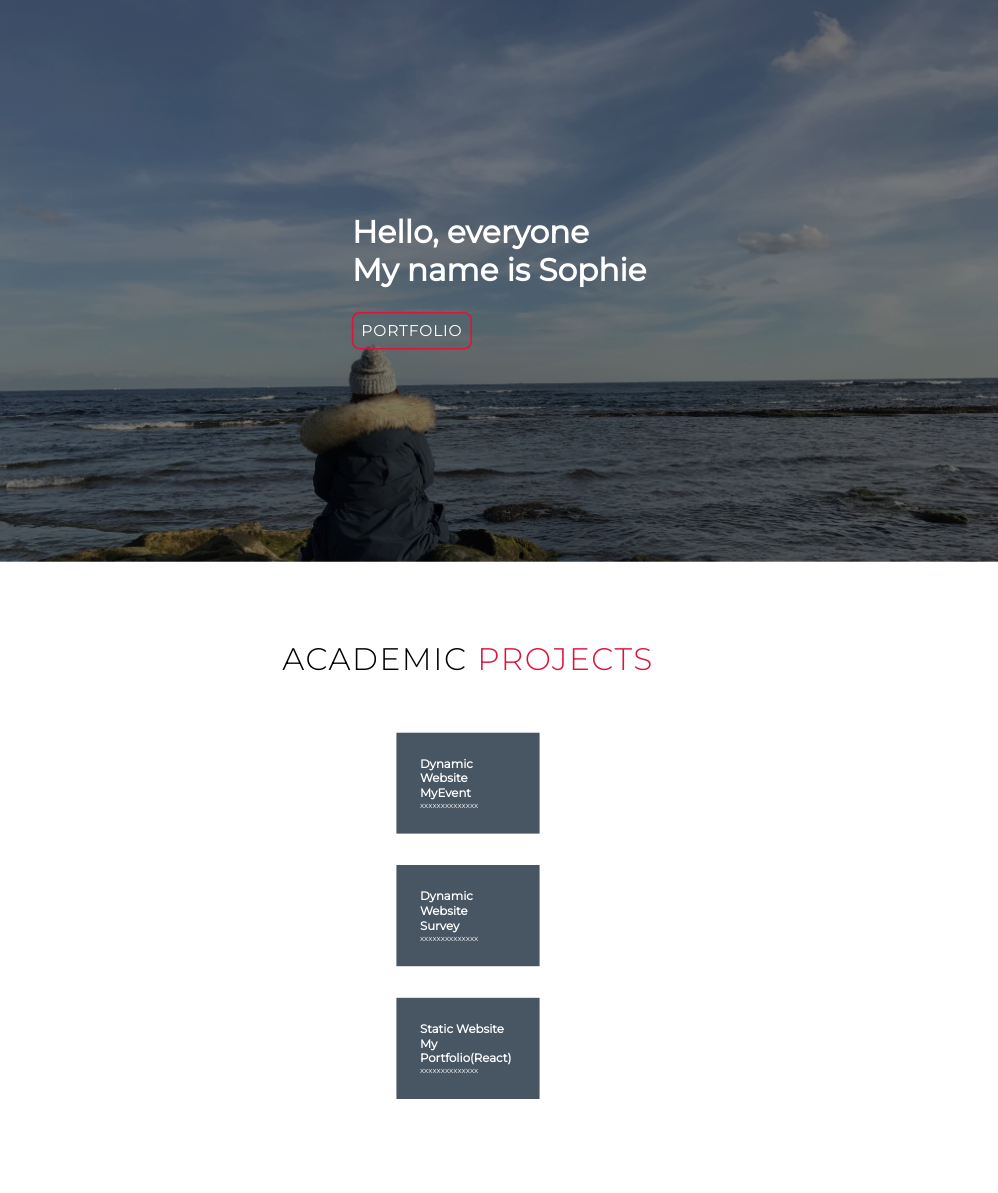
Repository: wenxi0504/StaticWebsite_Profolio
Page: index.html
These files come from the project's save history. The page is drawn as it stood at one moment and after the next save; the edit follows.
The browser window is 1280 px wide. The pictures show the whole page, at 78% of full size.

Above is the page before, as saved 2022-03-03 21:54:01.

After the next save:
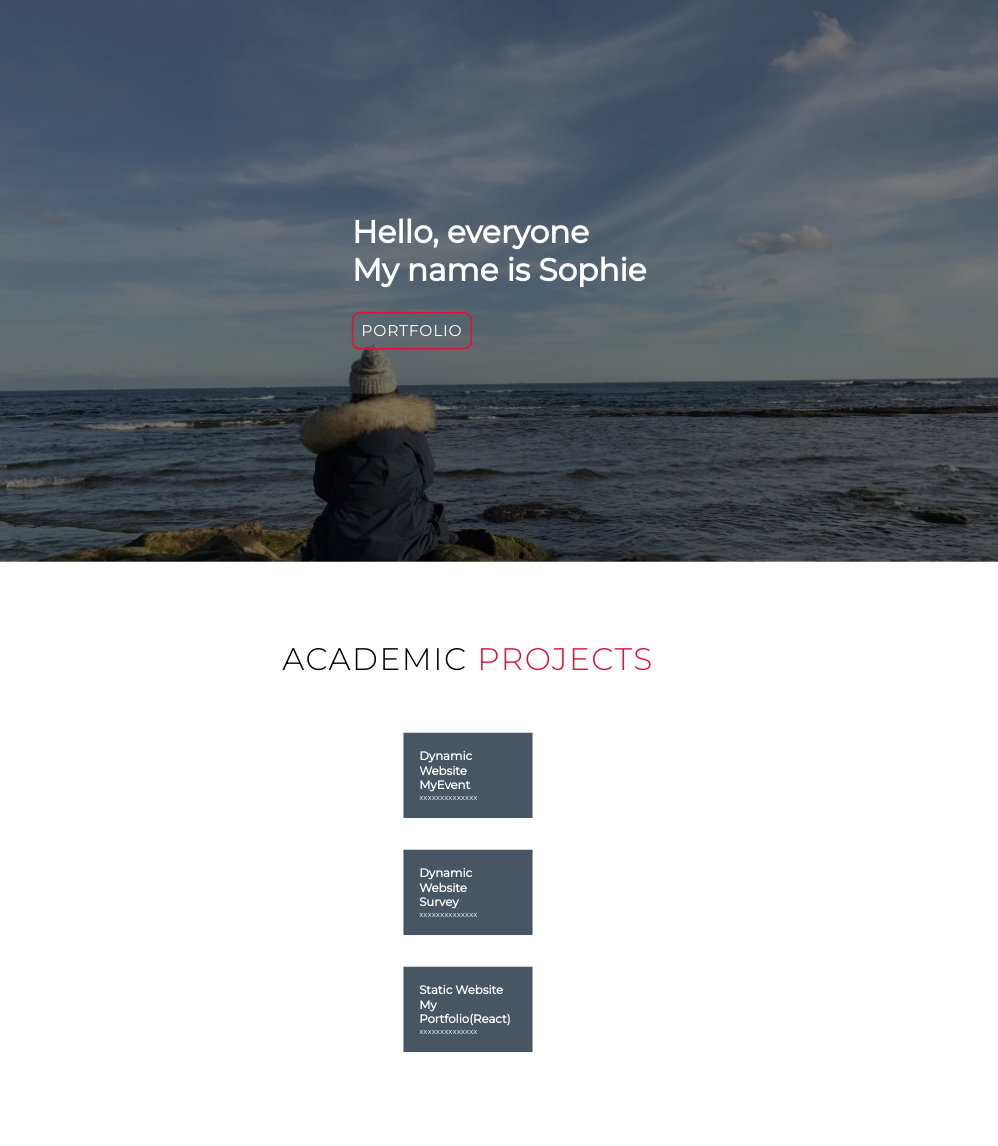
Saved 68 s later.
--- a/style.css
+++ b/style.css
@@ -184,7 +184,7 @@
   flex-direction: column;
   justify-content: center;
   align-items:flex-start;
-  padding: 30px;
+  padding: 20px;
   flex-basis: 50%;
   height: 100%;
   background-image:linear-gradient(60deg,#29323c, 0%, #485563 100%);

After the save that followed:
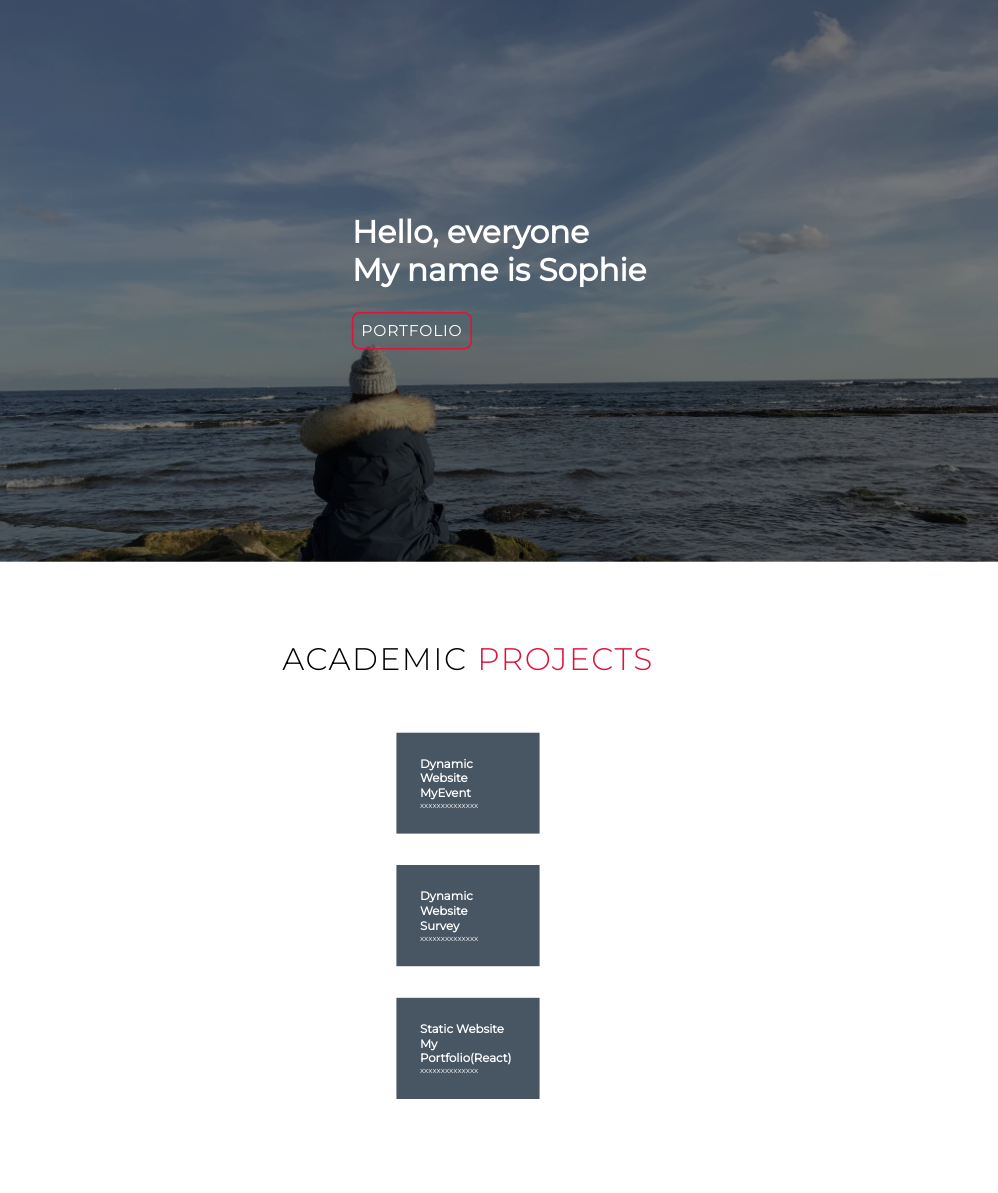
Saved 13 s later.
--- a/style.css
+++ b/style.css
@@ -184,7 +184,7 @@
   flex-direction: column;
   justify-content: center;
   align-items:flex-start;
-  padding: 20px;
+  padding: 30px;
   flex-basis: 50%;
   height: 100%;
   background-image:linear-gradient(60deg,#29323c, 0%, #485563 100%);
